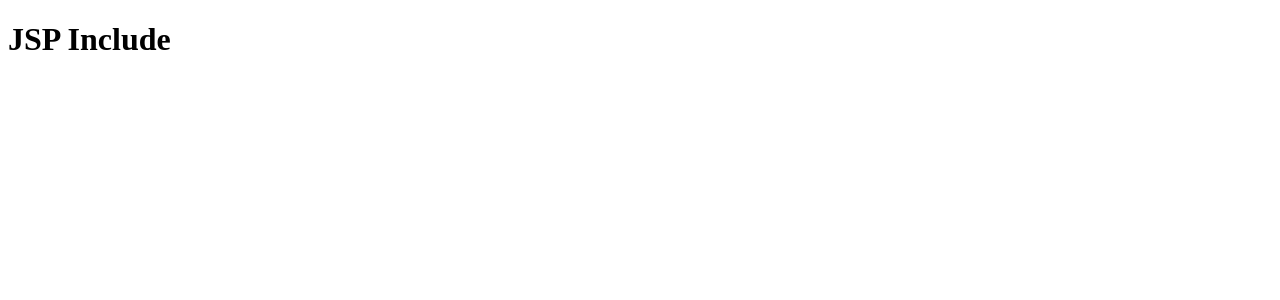
Repository: ljh5973/labweb
Page: http://localhost/JSP02/08_include.jsp
These files come from the project's save history. The page is drawn as it stood at one moment and after the next save; the edit follows.
The browser window is 1280 px wide. The pictures show the whole page.
The page is served by Tomcat 9.

Above is the page before, as saved 2022-01-10 02:03:53.

After the next save:
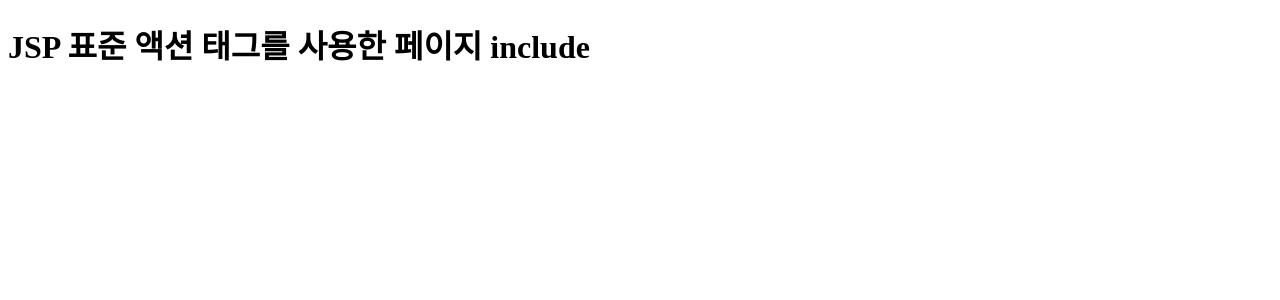
Saved 14 s later.
--- a/JSP02/webapp/08_include.jsp
+++ b/JSP02/webapp/08_include.jsp
@@ -9,6 +9,6 @@
 	</head>
 	<body>
 
-	<h1>JSP Include</h1>
+	<h1>JSP 표준 액션 태그를 사용한 페이지 include</h1>
 	</body>
 </html>
